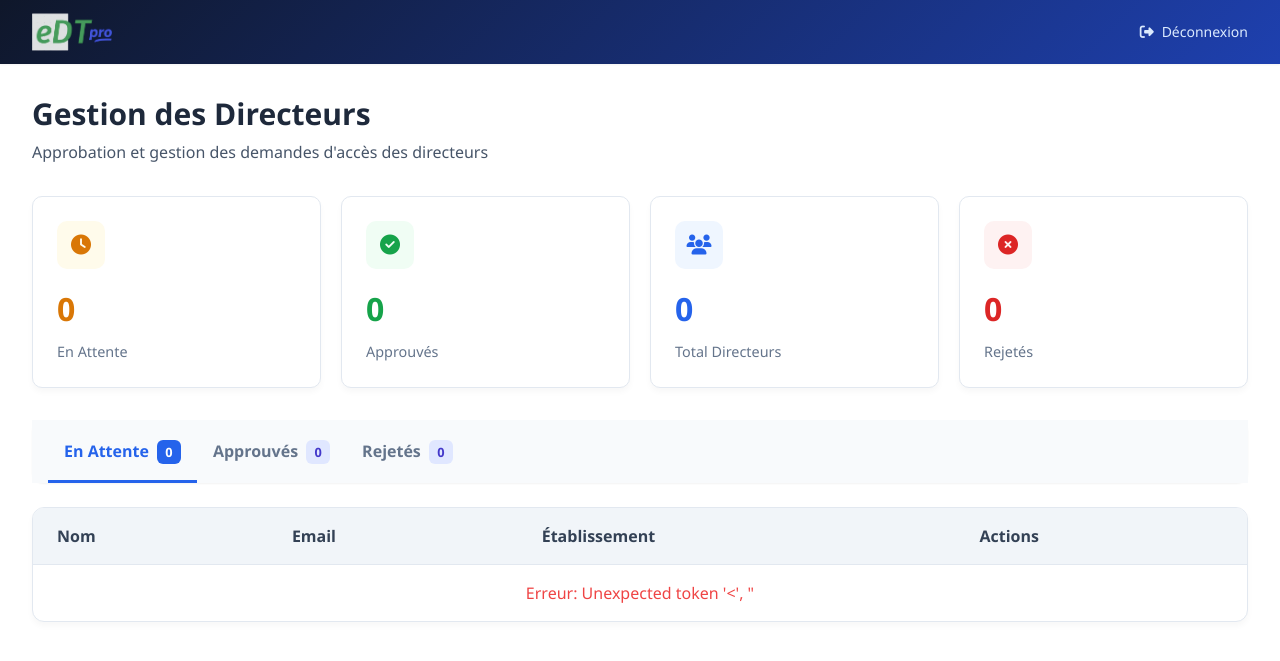
Repository: Mouad-git/edtpro
Page: gestion_edt/public/admin_dashboard.html
An editor plug-in stored every save of this project. The page is shown before and after a run of saves, followed by the edit.
The browser window is 1280 px wide. The pictures show the whole page.
Some web libraries are served in a nearby version.

Above is the page before, as saved 2025-08-08 18:31:40.

After the next 2 saves:
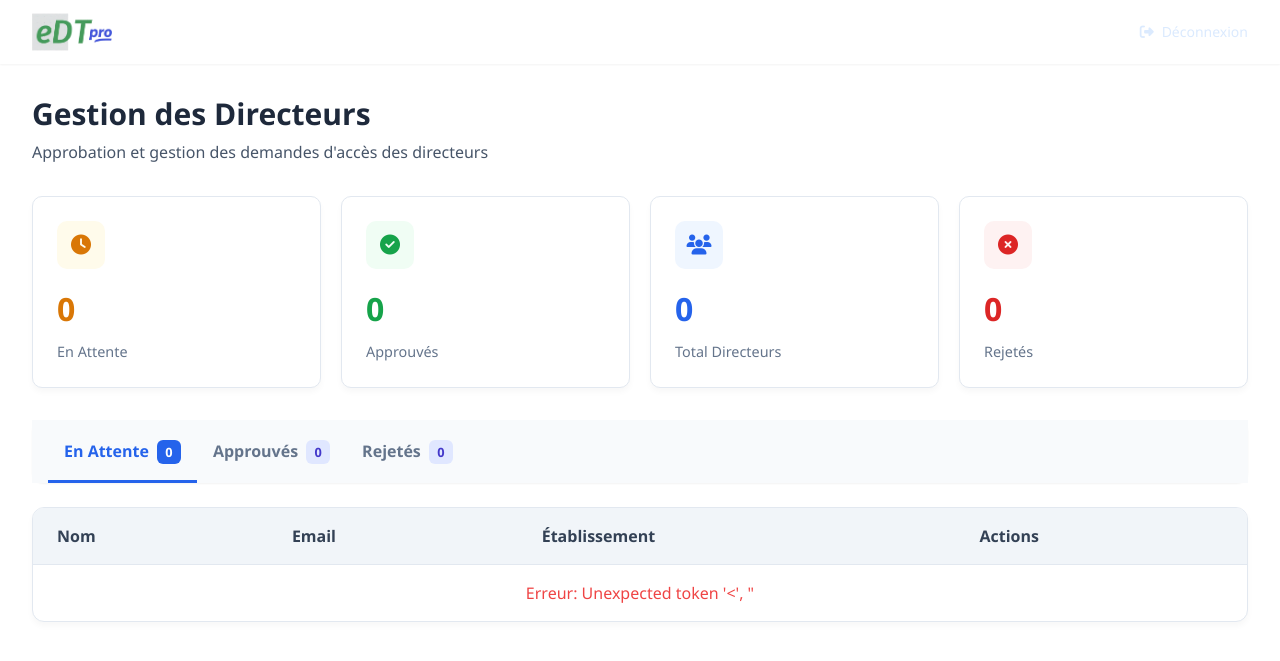
The 2 saves are shown as one change because they came seconds apart.
The last was saved 5 s later.
--- a/gestion_edt/public/admin_dashboard.html
+++ b/gestion_edt/public/admin_dashboard.html
@@ -68,7 +68,7 @@
     </style>
 </head>
 <body>
-    <nav class="header-gradient shadow-sm">
+    <nav class="shadow-sm">
         <div class="max-w-7xl mx-auto px-4 sm:px-6 lg:px-8">
             <div class="flex justify-between items-center h-16">
                 <img src="assets/images/logo_edtpro.png" style="height: 80px; width: auto;" id="logo" alt="Logo">
